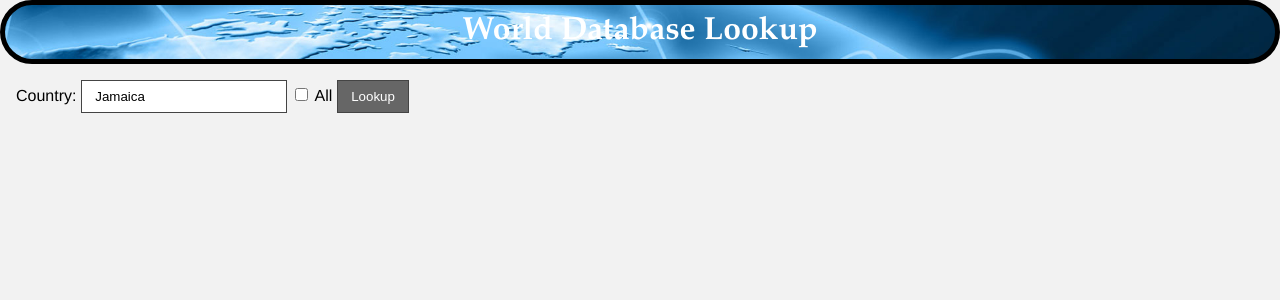
Repository: zBraVo17/info2180-lab7
Page: index.html
The author's editor kept a record of every edit. The page is drawn from the files as they stood at one moment, then again after the next edit.
The browser window is 1280 px wide. The pictures show the whole page.
Some web libraries are served in a nearby version.

Above is the page before.

After the next edit:
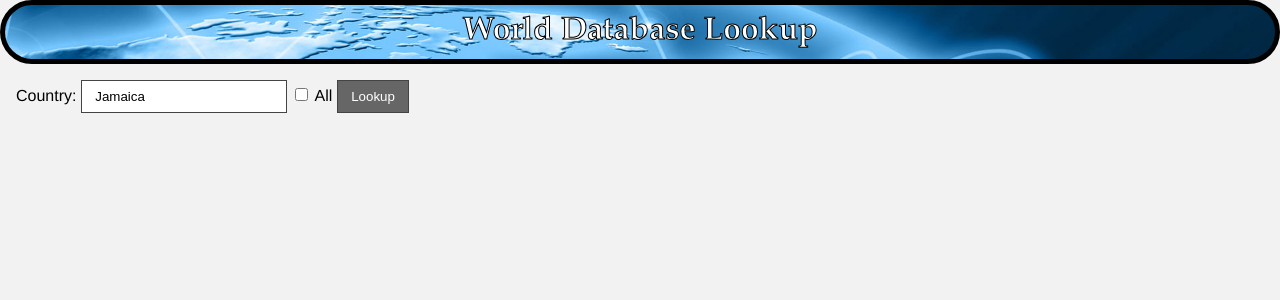
The edit:
--- a/world.css
+++ b/world.css
@@ -31,6 +31,7 @@
     border-color: #000;
     border-radius: 40px;
     text-align: center;
+    -webkit-text-stroke: 1px black;
     color: #fff;
     margin: 0;
     padding: 8px 16px;
